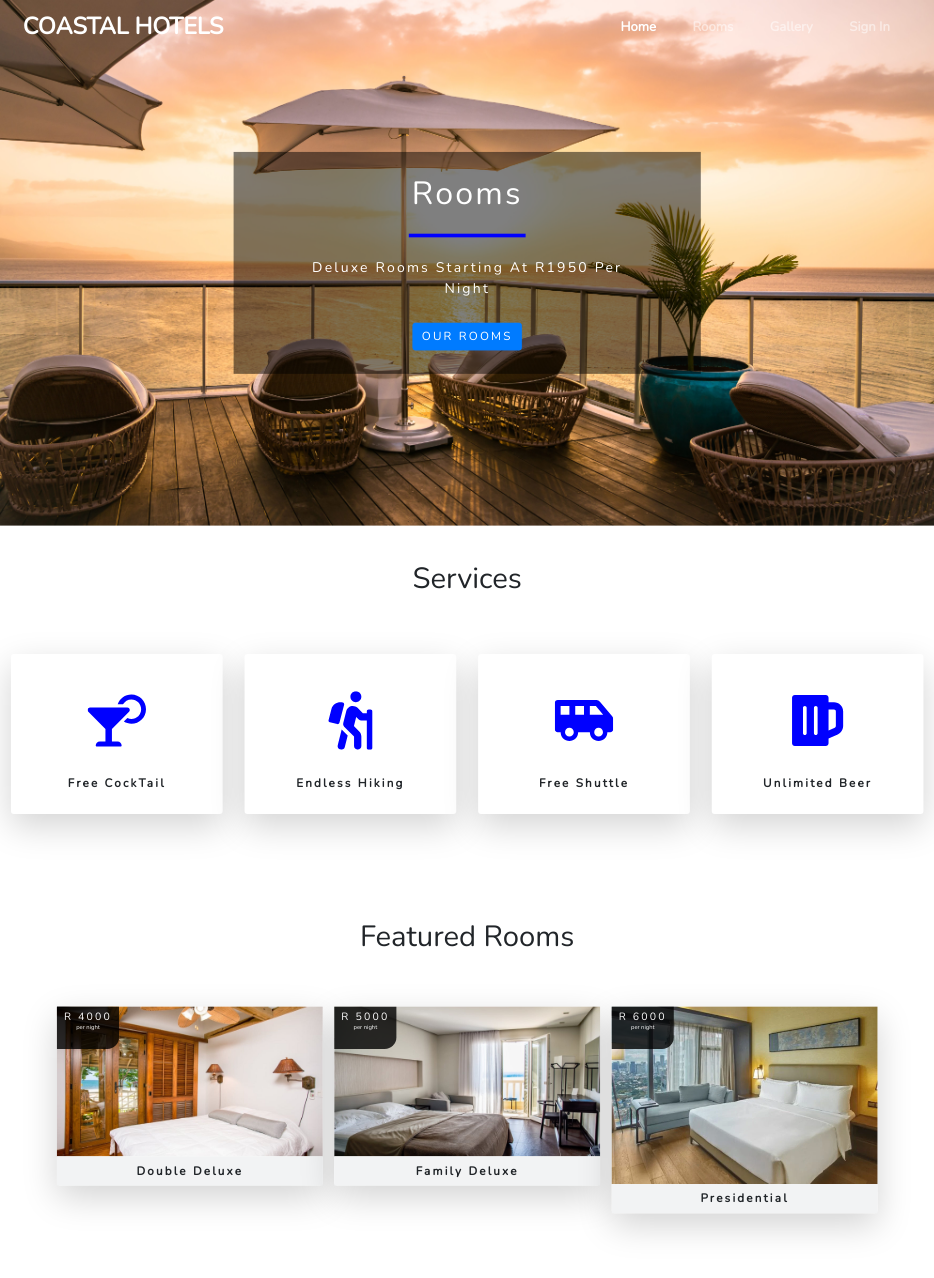
Repository: tebo27cMd/hotel
Page: /
The author's editor kept a copy of each file at every save. The page is drawn from the files as they stood at one save, then again after a run of saves.
The browser window is 1280 px wide. The pictures show the whole page, at 73% of full size.
The project was rebuilt for these pictures with package versions that can differ from the ones it lists, and the page was loaded fresh each time. Also part of the build but not shown: src/components/RoomsFilter.jsx, src/components/RoomsList.jsx, src/components/RoomsContainer.jsx, src/pages/Rooms.jsx, src/components/StyledHero.jsx, src/firebase.js, src/pages/SingleRoom.jsx, src/pages/Error.jsx and 7 more.

Above is the page before, as saved 2022-11-16 13:30:26.

### public/index.html
<!DOCTYPE html>
<html lang="en">
  <head>
    <meta charset="utf-8" />
    <link rel="icon" href="%PUBLIC_URL%/favicon.ico" />
    <meta name="viewport" content="width=device-width, initial-scale=1" />
    <meta name="theme-color" content="#000000" />
    <meta
      name="description"
      content="Web site created using create-react-app"
    />
    <link rel="apple-touch-icon" href="%PUBLIC_URL%/logo192.png" />
    <link rel="manifest" href="%PUBLIC_URL%/manifest.json" />
    <title>Hotel Booking App</title>
    <link href="https://fonts.googleapis.com/css2?family=Nunito&display=swap" rel="stylesheet">
  </head>
  <body>
    <noscript>You need to enable JavaScript to run this app.</noscript>
    <div id="root"></div>
  </body>
</html>

### src/index.js
import React from 'react';
import ReactDOM from 'react-dom';
import App from './App';
import './index.css'
import * as serviceWorker from './serviceWorker';
import {RoomProvider} from './context'


ReactDOM.render(
  <React.StrictMode>
  <RoomProvider>
     <App />
  </RoomProvider>
  </React.StrictMode>,
  document.getElementById('root')
);

serviceWorker.unregister();

### src/App.js
import React from 'react';
import './App.css';
import '../node_modules/bootstrap/dist/css/bootstrap.min.css';
import '../node_modules/bootstrap/dist/js/bootstrap.min.js';
import { BrowserRouter,Route,Switch } from 'react-router-dom';
import Home from './pages/Home';
import Rooms from './pages/Rooms';
import SingleRoom from './pages/SingleRoom';
import Error from './pages/Error';
import Navbar from './components/Navbar';
import About from './pages/About';
// import Footer from './components/Footer';
import Contact from './pages/Contact';
import Booknow from './pages/Booknow';
// import Login from './pages/Login';
// import Register from './pages/Register';
import Payment from './pages/Payments';
import Gallery from './pages/gallery';

function App() {
  return (
    <div className="App">
      <BrowserRouter>
        <Navbar/>
        <Switch>
          {/* <Route exact path="/" component={Login}/> */}
          <Route exact path="/" component={Home} />
          <Route path="/about" component={About} />
          <Route path="/contact" component={Contact} />
          <Route path="/rooms/:id" component={SingleRoom} />
          <Route path="/rooms/" component={Rooms}/>
          <Route path="/booknow/:id" component={Booknow} />
          <Route path='/payments' component={Payment}/>
          <Route path='/gallery' component={Gallery}/>
          {/* <Route path='/login' component={Login}/>
          <Route path='/register' component={Register}/> */}
          <Route component={Error}/>
        </Switch>
        {/* <Footer/> */}
      </BrowserRouter>
    </div>
  );
}

export default App;

### src/App.css
@import url('https://fonts.googleapis.com/css2?family=Nunito&display=swap');
body {
  margin: 0;
  padding: 0;
  font-family: 'Nunito', sans-serif;
}
* {
  margin: 0;
  padding: 0;
  box-sizing: border-box;
}
:root {
  --primaryColor: #0000ff;
  --mainWhite: #fff;
  --offWhite: #f7f7f7;
  --mainBlack: #222;
  --mainGrey: #ececec;
  --darkGrey: #cfcfcf;
  --mainTransition: all 0.3s linear;
  --mainSpacing: 3px;
  --lightShadow: 2px 5px 3px 0px rgba(0, 0, 0, 0.5);
  --darkShadow: 4px 10px 5px 0px rgba(0, 0, 0, 0.5);
}
/* globals */
h1 {
  font-size: 3em;
  line-height: 1;
  margin-bottom: 0.5em;
}
h2 {
  font-size: 2em;
  margin-bottom: 0.75em;
}
h3 {
  font-size: 1.5em;
  line-height: 1;
  margin-bottom: 1em;
}
h4 {
  font-size: 1.2em;
  line-height: 1.25;
  margin-bottom: 1.25em;
}
h5 {
  font-size: 1em;
  font-weight: bold;
  margin-bottom: 1.5em;
}
h6 {
  font-size: 1em;
  font-weight: bold;
  margin-bottom: 1.5em;
}

.btn-primary {
  display: inline-block;
  text-decoration: none;
  letter-spacing: var(--mainSpacing);
  color: var(--mainBlack);
  background: var(--primaryColor);
  padding: 0.4rem 0.9rem;
  border: 3px solid var(--primaryColor);
  transition: var(--mainTransition);
  text-transform: uppercase;
  cursor: pointer;
}
.btn-warning {
  display: inline-block;
  text-decoration: none;
  letter-spacing: var(--mainSpacing);
  color: var(--mainBlack);
  background: var(--primaryColor);
  padding: 0.4rem 0.9rem;
  border: 3px solid var(--primaryColor);
  transition: var(--mainTransition);
  text-transform: uppercase;
  cursor: pointer;
}
.btn-primary:hover{
  text-decoration: none;
  background: transparent!important;
  color: #fff!important;
}
.btn-warning:hover{
  text-decoration: none;
  background: transparent!important;
  color: yellow!important;
}
.loading {
  text-transform: capitalize;
  text-align: center;
  margin-top: 3rem;
}
.roomerror{
  margin-top: 100px;
}
.roomerror:hover .error{
  background-color: #2C3E50;
  color: #ffffff!important;
}
.error {
  text-align: center;
  text-transform: uppercase;
  margin: 2rem 0;
}
.empty-search {
  text-align: center;
  text-transform: capitalize;
  margin: 2rem 0;
  padding: 1rem;
  letter-spacing: var(--mainSpacing);
}

/* end of globals */
/* Navbar */
.nav-link{
  padding: 8px 15px;
  margin-left: 10px;
  margin-right: 20px;
  font-size: 18px;
  text-align: center;
  border: 2px solid transparent;
  transition: .5s linear;
  font-weight: 800;
  -webkit-transition: .5s linear;
  -moz-transition: .5s linear;
  -ms-transition: .5s linear;
  -o-transition: .5s linear;
}
.bg-transparent.scrolled {
  background-color: black!important;
  transition:500ms ease;
}

.navbar-brand{
  font-size: 32px!important;
  color: #ffffff!important;
}
.nav-link:hover{
  color: #ffffff;
  border-bottom: 2px solid #ffffff;
}
.nav-link.active_class{
color: #ffffff;
border: 2px solid #ffffff;
font-weight: 800;
}

.form-control{
border: 2px solid #000;
}
.form-control:focus,
.form-control.active {
  border: 2px solid #000000!important;
}
textarea:focus,
textarea.form-control:focus,
input.form-control:focus,
input[type=text]:focus,
input[type=password]:focus,
input[type=email]:focus,
input[type=number]:focus,
[type=text].form-control:focus,
[type=password].form-control:focus,
[type=email].form-control:focus,
[type=tel].form-control:focus,
[contenteditable].form-control:focus {
box-shadow: inset 0 -1px 0 #ddd;
}


/* end of navbar */
/* Hero */
.defaultHero,
.roomsHero {
  min-height: calc(100vh - 0px);
  background: url("./images/bg1.jpeg") center/cover no-repeat;
  display: flex;
  align-items: center;
  justify-content: center;
  position: relative;
}
.roomsHero {
  background-image: url("./images/room-2.jpg");
  min-height: calc(100vh - 0px);
}
.singleRoom {
  background-image: url("./images/room-3.jpeg");
  min-height: calc(100vh - 0px);
}
.roomsError{
  background-image: url("./images/error.jpg");
  min-height: calc(100vh - 0px);
}
.lost{
  font-size: 44px;
  color: yellow;
  text-align: center;
}
/* End of Hero */
/* Banner */
.banner {
  display: inline-block;
  position: absolute!important;
  background: rgba(0, 0, 0, 0.5)!important;
  color: var(--mainWhite);
  text-align: center;
  text-transform: capitalize;
  letter-spacing: var(--mainSpacing);
  top: 50%;
  left: 50%;
  transform: translate(-50%, -50%);
}
.banner h1 {
  font-size: 44px!important;
}
.banner div {
  width: 10rem;
  height: 5px;
  background: var(--primaryColor);
  margin: 1.7rem auto;
}
.banner p {
  font-size: 1.2rem;
  margin-bottom: 2rem;
}
@media screen and (max-width: 576px) {
  .banner {
    padding: 2rem 3rem!important
  }
  .banner h1 {
    font-size: 32px!important;
  }
}
@media screen and (min-width: 992px) {
  .banner {
    padding: 2rem 6rem;
  }
  .banner h1 {
    font-size: 4rem;
  }
}
/* End of Banner */
/* Title */
.section-title {
  text-align: center;
  margin-bottom: 4rem;
}
.section-title h4 {
  font-size: 2rem;
  letter-spacing: var(--mainSpacing);
  text-transform: capitalize;
  margin-bottom: 1rem;
}
.section-title div {
  width: 5rem;
  height: 5px;
  margin: 0 auto;
  background: var(--primaryColor);
}
/* end of Title */

/* services */
.services {
  padding: 3rem 0;
}
.services {
  background: #;
  text-align: center;
}

.service span {
  display: inline-block;
  color: var(--primaryColor);
  font-size: 80px;
  margin-bottom: 1.5rem;
  transition: 1s linear;
  -webkit-transition: 1s linear;
  -moz-transition: 1s linear;
  -ms-transition: 1s linear;
  -o-transition: 1s linear;
}
.services span:hover{
  transform: rotate(360deg);
  -webkit-transform: rotate(360deg);
  -moz-transform: rotate(360deg);
  -ms-transform: rotate(360deg);
  -o-transform: rotate(360deg);
}
.services h6 {
  letter-spacing: var(--mainSpacing);
  font-weight: 1000;
  text-transform: capitalize;
}
.services p {
  width: 80%;
  margin: 0 auto;
}
@media screen and (min-width: 992px) {
  .services-center {
    width: 95vw;
    max-width: 1170px;
  }
}

@media screen and (min-width: 1200px) {
  .services p {
    width: 100%;
  }
}
/*end of services */
/* featured rooms */

.featured-rooms {
  padding: 5rem 0;
}

/* end pf featured rooms */
/* room */
.room {
  transition: 0.4s linear;
  -webkit-transition: 0.4s linear;
  -moz-transition: 0.4s linear;
  -ms-transition: 0.4s linear;
  -o-transition: 0.4s linear;
  position: relative;
}
.room:hover {
  box-shadow: 0px 9px 18px rgba(0, 0, 0, 0.5)!important;
}

.price-top {
  position: absolute;
  top: 0;
  left: 0;
  background: rgba(0, 0, 0, 0.8);
  color: var(--mainWhite);
  padding: 0.3rem 0.6rem 0.5rem;
  border-bottom-right-radius: 1rem;
  font-size: 0.5rem;
  text-align: center;
  transition: 0.4s linear;
  -webkit-transition: 0.4s linear;
  -moz-transition: 0.4s linear;
  -ms-transition: 0.4s linear;
  -o-transition: 0.4s linear;
}
.price-top h6 {
  margin-bottom: 0;
  font-size: 0.9rem;
  font-weight: 300;
  letter-spacing: var(--mainSpacing);
}
.room-link {
  position: absolute;
  bottom: 0;
  right: 0;
  opacity: 0;
  transition: all 0.3s linear;
}
.room:hover {
  background: rgba(0, 0, 0, 0.8);
}
.room:hover img {
  opacity: 0.3;
}
.room:hover .price-top {
  opacity: 0;
}
.room:hover .room-link {
  opacity: 1;
  transform: translate(-90%, -200%) scale(1);
  -webkit-transform: translate(-90%, -200%) scale(1);
  -moz-transform: translate(-90%, -200%) scale(1);
  -ms-transform: translate(-90%, -200%) scale(1);
  -o-transform: translate(-90%, -200%) scale(1);
}
.room-info {
  background: #F2F3F4;
  text-transform: capitalize;
  padding: 0.5rem 0;
  text-align: center;
  font-weight: 700;
  letter-spacing: var(--mainSpacing);
  margin-bottom: 0;
}
/* end of room  */
/* single room*/

.single-room {
  padding: 5rem 0 0 0;
}
.single-room-images {
  width: 80vw;
  margin: 0 auto;
  display: grid;
  grid-template-columns: repeat(auto-fit, minmax(350px, 1fr));
  grid-row-gap: 2rem;
  grid-column-gap: 50px;
}
.single-room-images img {
  width: 100%;
  display: block;
}
.single-room-info {
  width: 80vw;
  display: grid;
  grid-template-columns: 1fr;
  margin: 2rem auto;
}
.desc,
.info {
  margin: 1rem 0;
}
.desc h3 {
  text-transform: capitalize;
  letter-spacing: var(--mainSpacing);
}
.desc p {
  line-height: 1.5;
}
.info h3,
.info h6 {
  text-transform: capitalize;
  letter-spacing: var(--mainSpacing);
}

.info h6 {
  font-weight: 300;
}
.room-extras {
  width: 80vw;
  margin: 0 auto 3rem auto;
}
.room-extras h6 {
  text-transform: capitalize;
  letter-spacing: var(--mainSpacing);
}
.extras {
  list-style-type: none;
  display: grid;
  grid-template-columns: repeat(auto-fit, minmax(330px, 1fr));
  grid-column-gap: 2rem;
  grid-row-gap: 1rem;
}
@media screen and (min-width: 992px) {
  .single-room-images,
  .single-room-info,
  .room-extras {
    width: 95vw;
    max-width: 1170px;
  }
  .single-room-info {
    display: grid;
    grid-template-columns: 1fr 1fr;
    grid-column-gap: 2rem;
  }
  .info {
    padding-left: 3rem;
  }
}
/* end of single room*/
/* roomlist */
.roomslist {
  padding: 5rem 0;
}
.roomslist-center {
  width: 80vw;
  margin: 0 auto;
  display: grid;
  grid-template-columns: repeat(auto-fill, minmax(270px, 1fr));
  grid-row-gap: 2rem;
  grid-column-gap: 30px;
}

@media screen and (min-width: 776px) {
  .roomslist-center {
    width: 90vw;
  }
}
@media screen and (min-width: 992px) {
  .roomslist-center {
    width: 95vw;
    max-width: 1170px;
  }
}
/* end of roomlist */
/*  rooms fitler*/
/* .filter-container {
  padding: 5rem 0;
}

.form-group {
  text-transform: capitalize;
}
.form-group label {
  display: block;
  letter-spacing: var(--mainSpacing);
  margin-bottom: 0.5rem;
} */

.single-extra label {
  display: inline-block;
  font-size: 0.8rem;
  margin-left: 0.5rem;
}

/* end of rooms fitler*/

/* aboutus */

.aboutus,.contact{
  margin-top: 100px!important;
}
.about_company,.team{
  padding: 60px 30px;
}
.about_info{
  letter-spacing: 40;
}
.carousel-inner{
  min-height: 400px!important;
  max-height: 400px!important;
}
.connect{
  font-size: 44px!important;
  padding: 5px 8px;
}
/*  */
.container-log{
  display: flex;
  width: 100vw;
  height: 100vh;
  background:url(./images/back.jpg);
  background-size: cover;
justify-content: center;
}


.details{
  padding-top: 200px;
  content:center ;
  /* place-content: ; */
}

.put{
  width:50px;
  font-size: 20px;
  margin-top:10px;
  padding-right: 30px;
}

.put label{
 width: 500px;
 /* height: 100px; */
 font-size: 0.9em;
}

#det{
  width: 300px;
  height: 30px;
  border-radius: 10px;
  border: 1px solid rgb(110, 9, 177);
}

.btn-login{
  display: flex;
  font-size: 19px;
  border-radius:9px;
  color:white;
  background: rgb(255, 98, 0);
  box-shadow:  black 0px 15px 12px;
  outline: none;
  cursor: pointer;
  margin-top: 20px;
  width: 60px;


}
.acc{
  display: flex;
  flex-direction: row;
}

.acc span{
  padding-top:15px;
}
.btnl{
  display: flex;
  justify-content: center;
}


.containerreg{

  padding-top: 200px;
  display: grid;
  background:url(./images/back.jpg);
  background-size: cover;
}

.input{
  width:300px;
  margin-bottom:5px ;
}
#input{
  height: 40px;
  width: 350px;
  border-radius:10px;
  border: 1px solid rgb(110, 9, 177);
}

.input label{
  font-size: 1.1em;
}

.Register{
  background-size: cover;
  display: flex;
  flex-direction: column;
  align-items: center;
  width: 400px;
  margin:auto;
}

.btn-reg{
  display: flex;
  font-size: 20px;
  border-radius:25px;
  color:white;
  background: blue;
  box-shadow:  black 0px 15px 12px;
  outline: none;
  cursor: pointer;
  transition: all 0.1s;


}

### src/pages/Home.jsx
import React from 'react'
import Hero from '../components/Hero';
import Banner from '../components/Banner';
import { Link } from 'react-router-dom';
import Services from '../components/Services';
import FeaturedRooms from '../components/FeaturedRooms';

export default function Home() {
    return (
        <>
        <Hero hero="defaultHero">
        </Hero>
        <Banner title="Rooms" subtitle="deluxe rooms starting at R1950 per night">
                <Link to="/rooms" className="btn btn-primary">
                      Our Rooms
                </Link>
        </Banner>
        <Services/>
        <FeaturedRooms/>
        </>

    )
}

### src/components/Navbar.jsx
import React from 'react';
import {NavLink} from 'react-router-dom';
import { FaAlignRight } from 'react-icons/fa';
import jquery from 'jquery';

// for changing navbar  color
jquery(window).scroll(function() {
jquery('nav').toggleClass('scrolled', jquery(this).scrollTop() > 0);
})

const Navbar = () => {
    return (
    <>
        <nav className="navbar navbar-expand-sm navbar-dark bg-transparent py-2 fixed-top">
            <div className="container-fluid ">
                <span className="navbar-brand font-weight-bolder">COASTAL HOTELS</span>
                <a href="void(0)" className="navbar-toggler border-0" data-toggle="collapse" data-target="#navbarSupportedContent" aria-controls="navbarSupportedContent" aria-expanded="false" aria-label="Toggle navigation">
                    <span>
                        <FaAlignRight className="nav-icon" /></span>
                </a>
                <div className="collapse navbar-collapse" id="navbarSupportedContent">
                    <ul className="navbar-nav ml-auto">
                        <li className="nav-item">
                            <NavLink className="nav-link"   to="/">Home</NavLink>
                        </li>
                        <li className="nav-item">
                            <NavLink className="nav-link"   to="/rooms">Rooms</NavLink>
                        </li>
                        <li className="nav-item">
                            <NavLink className="nav-link"   to="/Gallery">Gallery</NavLink>
                        </li>
                        <li className="nav-item">
                            <NavLink className="nav-link"   to="/login">Sign In</NavLink>
                        </li>
                    </ul>
                </div>
            </div>
        </nav>
    </>
    );
}
export default Navbar;

### src/components/Hero.jsx
import React from 'react'

export default function Hero({childern, hero}) {
    return <header className={hero}>{childern}</header>;

}

Hero.defaulProps ={
    hero:"defaultHero"
};

### src/components/Banner.jsx
import React from 'react'

export default function Banner({ children , title , subtitle  }) {
    return (
        <div className="banner">
            <h1>{title}</h1>
            <div/>
            <p>{subtitle}</p>
             {children}
        </div>
    )
}

### src/components/Services.jsx
import React, { Component } from 'react'
import Title from './Title'
import {FaCocktail, FaHiking , FaShuttleVan,FaBeer} from 'react-icons/fa'

export default class Services extends Component {
    state={
        services:[
            {
                icon:<FaCocktail/>,
                title: "Free CockTail",

            },
            {
                icon:<FaHiking/>,
                title: "Endless Hiking",

            },
            {
                icon:<FaShuttleVan/>,
                title: "Free Shuttle",

            },
            {
                icon:<FaBeer/>,
                title: "Unlimited Beer",

            },

        ]
    }
    render() {
        return (
            <div className="container-fluid services">
             <Title title="Services" />
                <div className="row">
                   {this.state.services.map((item, index) => {
                      return(
                        <div className="col-md-4 col-lg-3 col-12 mx-auto my-3" key={index}>
                            <div className="card shadow-lg border-0 p-4">
                                <article className="service">
                                <span>{item.icon}</span>
                                <h6>{item.title}</h6>
                                <p>{item.info}</p>
                                </article>
                           </div>
                        </div>
                      )
                   })}
                </div>
            </div>
        )
    }
}

### src/components/FeaturedRooms.jsx
import React, { Component } from 'react'
import { RoomContext } from '../context'
import Loading from './Loading';
import Room from './Room';
import Title from './Title';

export default class FeaturedRooms  extends Component {
    static contextType = RoomContext;
    render() {
        let { loading, featuredRooms : rooms } = this.context;
        console.log(rooms);
        rooms = rooms.map(room => {
            return <Room key={room.id} room={room}/>
        });
        return (

            <section className="featured-rooms container">
                <Title  title="Featured Rooms" />
                <div className="row">
                  {loading ? <Loading/> : rooms}
                </div>
            </section>
        )
    }
}

### src/components/Title.jsx
import React from 'react'

export default function Title({title}) {
    return (
        <div className="section-title">
            <h1>{title}</h1>
            {/* <div/> */}
        </div>
    )
}

### src/components/Loading.js
import React from 'react'
import loadingGif from '../images/gif/loading-arrow.gif';
export default function Loading() {
    return (
        <div className="loading">
           <h4>Rooms data loading...</h4>
           <img  src={loadingGif} alt="loading please wait"/>
        </div>
    )
}

### src/components/Room.jsx
import React from 'react';
import {Link} from 'react-router-dom';
import defaultImg from '../images/room-1.jpeg';
import PropTypes from 'prop-types';

export default function Room({room}) {
    const { name , id, images, price } = room;
    return (
        <div className="col-md-4 col-12 mx-auto p-2">
            <div className="card shadow-lg border-0 room">
                <img src={images[0] || defaultImg} alt="single room" className="img-fluid"/>
                <div className="price-top">
                    <h6>R {price}</h6>
                    <p>per night</p>
                </div>
                <Link to={`/rooms/${id}`} className="btn-warning room-link text-center" >Features</Link>
              <p className="room-info">{name}</p>
            </div>
        </div>
    )
}

Room.propTypes = {
    room: PropTypes.shape({
        name:PropTypes.string.isRequired,
        id:PropTypes.string.isRequired,
        images:PropTypes.arrayOf(PropTypes.string).isRequired,
        price:PropTypes.number.isRequired,
    })
}

Loaded but not shown: src/index.css (common file); src/serviceWorker.js (common file); src/data.js (760 lines, source omitted); src/context.js (116 lines, source omitted)

After the next 4 saves:
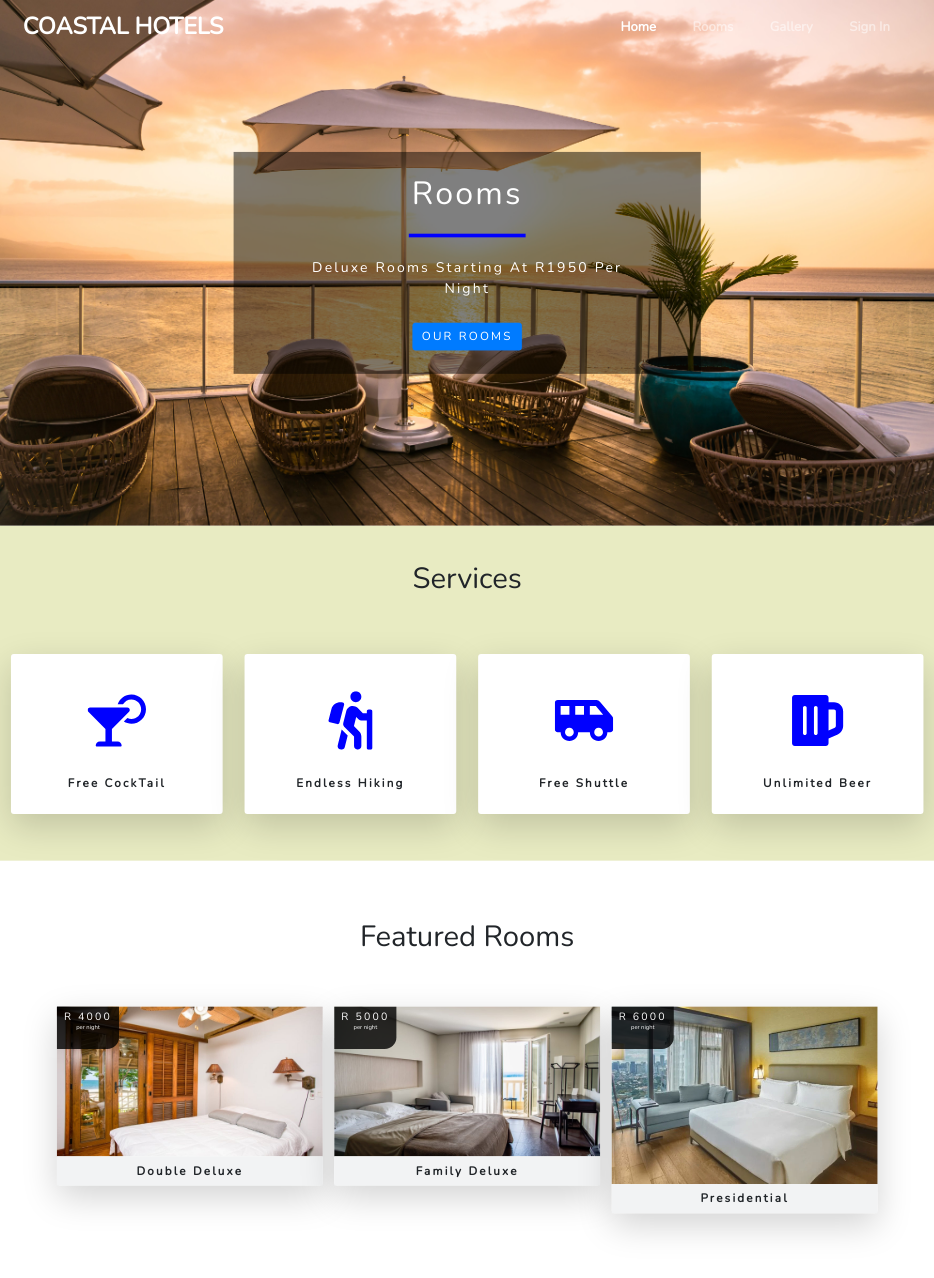
The 4 saves are shown as one change because they came seconds apart.
The last was saved 13 s later.
--- a/src/App.css
+++ b/src/App.css
@@ -265,7 +265,7 @@ box-shadow: inset 0 -1px 0 #ddd;
   padding: 3rem 0;
 }
 .services {
-  background: #;
+  background: #E8EBC2;
   text-align: center;
 }
 
